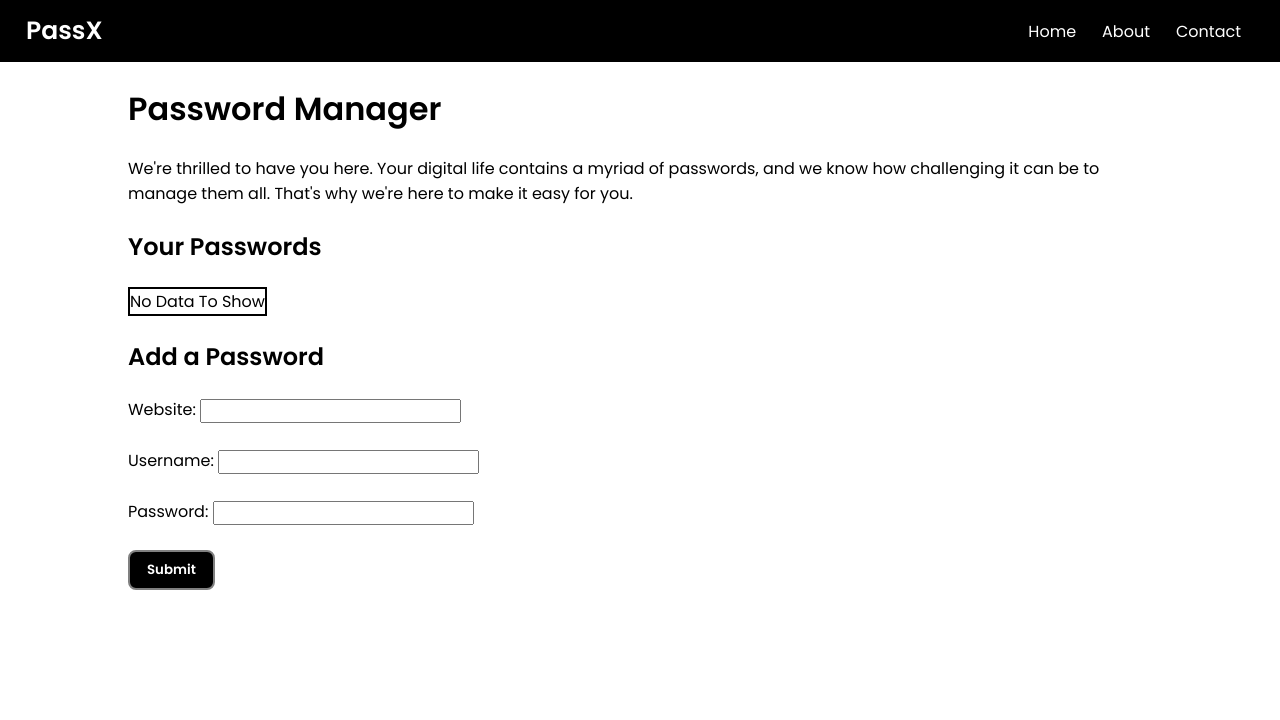
Repository: Abhi2807ar/PASSWORD-MANAGER
Page: index.html
An editor plug-in stored every save of this project. The page is shown before and after the next save, followed by the edit.
The browser window is 1280 px wide. The pictures show the whole page.

Above is the page before, as saved 2024-10-14 18:47:48.

### index.html

<!DOCTYPE html>
<html lang="en">

<head>
    <meta charset="UTF-8">
    <meta name="viewport" content="width=device-width, initial-scale=1.0">
    <title>PassX - Your Personal Password Manager</title>
    <link rel="stylesheet" href="style.css">
</head>

<body>
    <nav>
        <div class="logo">PassX</div>
        <ul>
            <li>Home</li>
            <li>About</li>
            <li>Contact</li>
        </ul>
    </nav>
    <div class="container">
        <h1>Password Manager</h1>
        <p>We're thrilled to have you here. Your digital life contains a myriad of passwords, and we know how
            challenging it can be to manage them all. That's why we're here to make it easy for you.</p>
        <h2>Your Passwords <span id="alert">(Copied!)</span></h2>
        <table>
            <tr>
                <th>Website</th>
                <th>Username</th>
                <th>Password</th>
                <th>Delete</th>
            </tr>

        </table>

        <h2>Add a Password</h2>
        <form action="/submit" method="post">

            <!-- Text input for website -->
            <label for="website">Website:</label>
            <input type="text" id="website" name="website" required>
            <br><br>

            <!-- Text input for username -->
            <label for="username">Username:</label>
            <input type="text" id="username" name="username" required>
            <br><br>

            <!-- Password input -->
            <label for="password">Password:</label>
            <input type="password" id="password" name="password" required>
            <br>
            <!-- Submit button -->
            <button class="btn" type="submit">Submit</button>
        </form>
    </div>
    <script src="script.js"></script>
</body>

</html>

### style.css
@import url('https://fonts.googleapis.com/css2?family=Noto+Sans:ital,wght@0,700;1,300&family=Poppins:wght@300;400;600&display=swap');

* {
    margin: 0;
    padding: 0;
    font-family: 'Noto Sans', sans-serif;
    font-family: 'Poppins', sans-serif;
}

nav {
    background-color: black;
    color: white;
    padding: 12px 3px;
    display: flex;
    justify-content: space-between;
}

.logo{
    margin: 0 23px;
    font-weight: 800;
    font-size: 25px;
    cursor: pointer;
}

ul {
    display: flex;
    margin: 0 23px;
    align-items: center;
}

ul > li {
    list-style: none;
    margin: 0 13px;
    cursor: pointer;
}

ul > li:hover{
    color: white;

}

table, td, tr{
    border: 2px solid black;
    border-collapse: collapse;
    padding: 5px 13px;
}

.container {
    max-width: 80vw;
    margin: 23px auto;
}

h1, h2, h3 {
    margin: 23px 0;
}

.btn{
    padding: 8px 17px;
    background: black;
    color: white;
    font-weight: 900;
    border: 2px solid gray;
    border-radius: 8px;
    margin: 25px 0;
    cursor: pointer;
}

.btnsm{
    padding: 8px 17px;
    background: black;
    color: white;
    font-weight: 900;
    border: 2px solid gray;
    border-radius: 8px;
    cursor: pointer;
}

img{
    cursor: pointer;
    position: relative;
    bottom: 7px;
    width: 15px;
    height: 13px;
}

#alert{
    display: none;
}

### script.js
function maskPassword(pass){
    let str = ""
    for (let index = 0; index < pass.length; index++) {
        str  += "*"
    }
    return str
}

function copyText(txt) {
    navigator.clipboard.writeText(txt).then(
        () => {
          /* clipboard successfully set */
          document.getElementById("alert").style.display = "inline"
          setTimeout(() => {
            document.getElementById("alert").style.display = "none"
          }, 2000);

        },
        () => {
          /* clipboard write failed */
          alert("Clipboard copying failed")
        },
      );
  }

const deletePassword = (website)=>{
    let data = localStorage.getItem("passwords")
    let arr = JSON.parse(data);
    arrUpdated = arr.filter((e)=>{
        return e.website != website
    })
    localStorage.setItem("passwords", JSON.stringify(arrUpdated))
    alert(`Successfully deleted ${website}'s password`)
    showPasswords()

}

// Logic to fill the table
const showPasswords = () => {
    let tb = document.querySelector("table")
    let data = localStorage.getItem("passwords")
    if (data == null || JSON.parse(data).length == 0) {
        tb.innerHTML = "No Data To Show"
    }
    else {
        tb.innerHTML =  `<tr>
        <th>Website</th>
        <th>Username</th>
        <th>Password</th>
        <th>Delete</th>
    </tr> `
        let arr = JSON.parse(data);
        let str = ""
        for (let index = 0; index < arr.length; index++) {
            const element = arr[index];

            str += `<tr>
    <td>${element.website} <img onclick="copyText('${element.website}')" src="./copy.svg" alt="Copy Button" width="10" width="10" height="10">
    </td>
    <td>${element.username} <img onclick="copyText('${element.username}')" src="./copy.svg" alt="Copy Button" width="10" width="10" height="10">
    </td>
    <td>${maskPassword(element.password)} <img onclick="copyText('${element.password}')" src="./copy.svg" alt="Copy Button" width="10" width="10" height="10">
    </td>
    <td><button class="btnsm" onclick="deletePassword('${element.website}')">Delete</button></td>
        </tr>`
        }
        tb.innerHTML = tb.innerHTML + str

    }
    website.value = ""
    username.value = ""
    password.value = ""
}

console.log("Working");
showPasswords()
document.querySelector(".btn").addEventListener("click", (e) => {
    e.preventDefault()
    console.log("Clicked....")
    console.log(username.value, password.value)
    let passwords = localStorage.getItem("passwords")
    console.log(passwords)
    if (passwords == null) {
        let json = []
        json.push({website: website.value, username: username.value, password: password.value })
        alert("Password Saved");
        localStorage.setItem("passwords", JSON.stringify(json))
    }
    else {
        let json = JSON.parse(localStorage.getItem("passwords"))
        json.push({ website: website.value, username: username.value, password: password.value })
        alert("Password Saved");
        localStorage.setItem("passwords", JSON.stringify(json))
    }
    showPasswords()
})

After the next save:
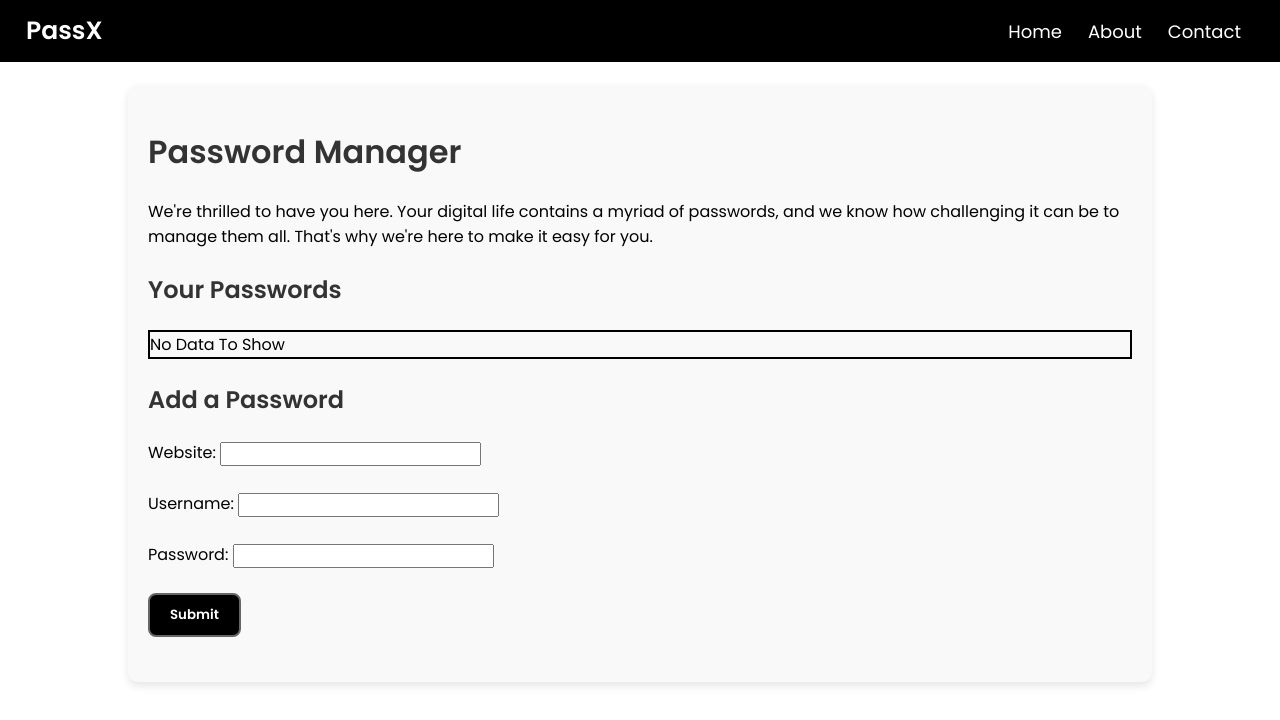
Saved 6 min 11 s later.
--- a/style.css
+++ b/style.css
@@ -5,21 +5,29 @@
     padding: 0;
     font-family: 'Noto Sans', sans-serif;
     font-family: 'Poppins', sans-serif;
+    box-sizing: border-box;
 }
 
 nav {
-    background-color: black;
-    color: white;
+    background-color: #000;
+    color: #fff;
     padding: 12px 3px;
     display: flex;
     justify-content: space-between;
+    align-items: center;
 }
 
-.logo{
+.logo {
     margin: 0 23px;
     font-weight: 800;
     font-size: 25px;
     cursor: pointer;
+    transition: color 0.3s ease, transform 0.3s ease;
+}
+
+.logo:hover {
+    color: #ff5722; /* Vibrant hover color */
+    transform: scale(1.1); /* Zoom effect */
 }
 
 ul {
@@ -32,57 +40,93 @@
     list-style: none;
     margin: 0 13px;
     cursor: pointer;
+    font-size: 18px;
+    transition: color 0.3s ease, transform 0.3s ease;
 }
 
-ul > li:hover{
-    color: white;
-
+ul > li:hover {
+    color: #ff5722; /* Vibrant hover color */
+    transform: scale(1.05); /* Zoom effect */
 }
 
-table, td, tr{
+table, td, tr {
     border: 2px solid black;
     border-collapse: collapse;
     padding: 5px 13px;
 }
 
+table {
+    width: 100%;
+    margin-top: 20px;
+}
+
 .container {
     max-width: 80vw;
     margin: 23px auto;
+    padding: 20px;
+    background-color: #f9f9f9;
+    box-shadow: 0 4px 8px rgba(0,0,0,0.1);
+    border-radius: 10px;
 }
 
 h1, h2, h3 {
     margin: 23px 0;
+    color: #333;
 }
 
-.btn{
-    padding: 8px 17px;
-    background: black;
-    color: white;
+.btn {
+    padding: 10px 20px;
+    background: #000;
+    color: #fff;
     font-weight: 900;
-    border: 2px solid gray;
+    border: 2px solid #666;
     border-radius: 8px;
     margin: 25px 0;
     cursor: pointer;
+    transition: background 0.3s ease, border-color 0.3s ease, transform 0.3s ease;
 }
 
-.btnsm{
+.btn:hover {
+    background: #ff5722; /* Vibrant hover color */
+    border-color: #ff9800;
+    transform: translateY(-2px); /* Lift effect */
+}
+
+.btnsm {
     padding: 8px 17px;
-    background: black;
-    color: white;
+    background: #000;
+    color: #fff;
     font-weight: 900;
-    border: 2px solid gray;
+    border: 2px solid #666;
     border-radius: 8px;
     cursor: pointer;
+    transition: background 0.3s ease, border-color 0.3s ease, transform 0.3s ease;
 }
 
-img{
+.btnsm:hover {
+    background: #ff5722;
+    border-color: #ff9800;
+    transform: translateY(-2px); /* Lift effect */
+}
+
+img {
     cursor: pointer;
     position: relative;
     bottom: 7px;
     width: 15px;
     height: 13px;
+    transition: transform 0.3s ease;
 }
 
-#alert{
+img:hover {
+    transform: rotate(10deg); /* Slight rotate effect on hover */
+}
+
+#alert {
     display: none;
 }
+
+/* Smooth transitions */
+* {
+    transition: all 0.3s ease;
+}

After the save that followed:
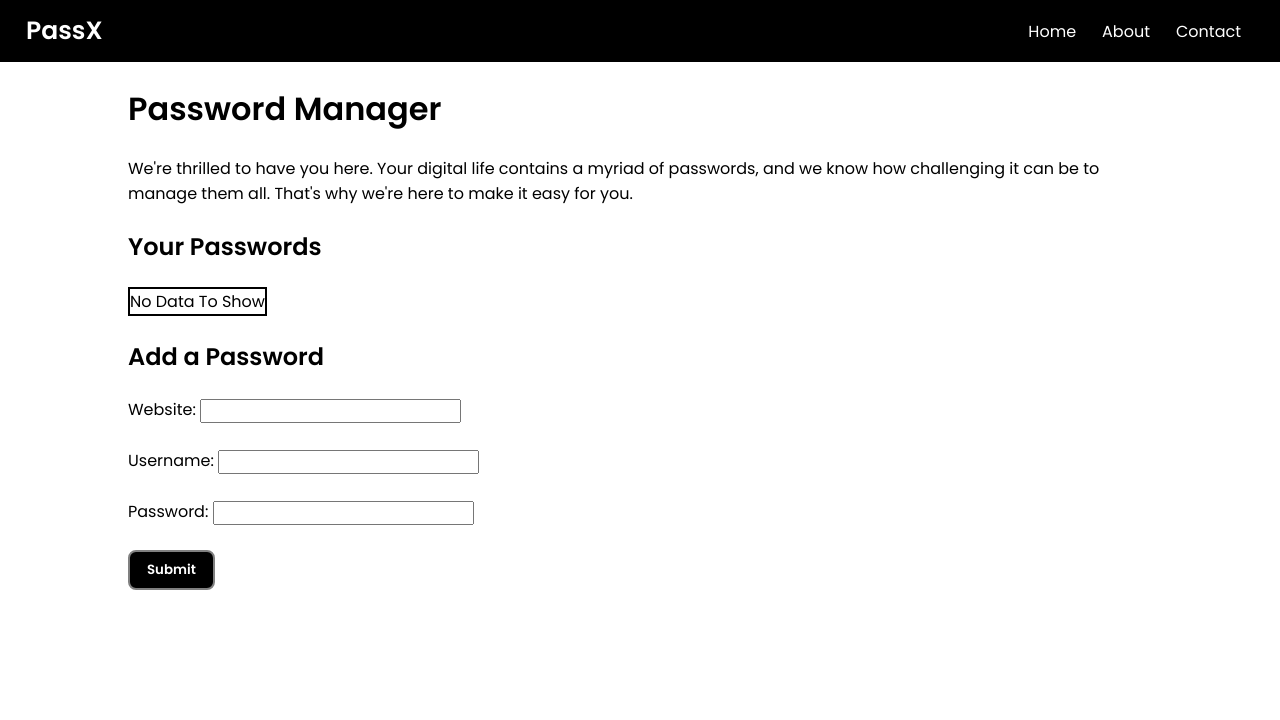
Saved 3 min 3 s later.
--- a/style.css
+++ b/style.css
@@ -5,29 +5,21 @@
     padding: 0;
     font-family: 'Noto Sans', sans-serif;
     font-family: 'Poppins', sans-serif;
-    box-sizing: border-box;
 }
 
 nav {
-    background-color: #000;
-    color: #fff;
+    background-color: black;
+    color: white;
     padding: 12px 3px;
     display: flex;
     justify-content: space-between;
-    align-items: center;
 }
 
-.logo {
+.logo{
     margin: 0 23px;
     font-weight: 800;
     font-size: 25px;
     cursor: pointer;
-    transition: color 0.3s ease, transform 0.3s ease;
-}
-
-.logo:hover {
-    color: #ff5722; /* Vibrant hover color */
-    transform: scale(1.1); /* Zoom effect */
 }
 
 ul {
@@ -40,93 +32,57 @@
     list-style: none;
     margin: 0 13px;
     cursor: pointer;
-    font-size: 18px;
-    transition: color 0.3s ease, transform 0.3s ease;
 }
 
-ul > li:hover {
-    color: #ff5722; /* Vibrant hover color */
-    transform: scale(1.05); /* Zoom effect */
+ul > li:hover{
+    color: white;
+
 }
 
-table, td, tr {
+table, td, tr{
     border: 2px solid black;
     border-collapse: collapse;
     padding: 5px 13px;
 }
 
-table {
-    width: 100%;
-    margin-top: 20px;
-}
-
 .container {
     max-width: 80vw;
     margin: 23px auto;
-    padding: 20px;
-    background-color: #f9f9f9;
-    box-shadow: 0 4px 8px rgba(0,0,0,0.1);
-    border-radius: 10px;
 }
 
 h1, h2, h3 {
     margin: 23px 0;
-    color: #333;
 }
 
-.btn {
-    padding: 10px 20px;
-    background: #000;
-    color: #fff;
+.btn{
+    padding: 8px 17px;
+    background: black;
+    color: white;
     font-weight: 900;
-    border: 2px solid #666;
+    border: 2px solid gray;
     border-radius: 8px;
     margin: 25px 0;
     cursor: pointer;
-    transition: background 0.3s ease, border-color 0.3s ease, transform 0.3s ease;
 }
 
-.btn:hover {
-    background: #ff5722; /* Vibrant hover color */
-    border-color: #ff9800;
-    transform: translateY(-2px); /* Lift effect */
+.btnsm{
+    padding: 8px 17px;
+    background: black;
+    color: white;
+    font-weight: 900;
+    border: 2px solid gray;
+    border-radius: 8px;
+    cursor: pointer;
 }
 
-.btnsm {
-    padding: 8px 17px;
-    background: #000;
-    color: #fff;
-    font-weight: 900;
-    border: 2px solid #666;
-    border-radius: 8px;
-    cursor: pointer;
-    transition: background 0.3s ease, border-color 0.3s ease, transform 0.3s ease;
-}
-
-.btnsm:hover {
-    background: #ff5722;
-    border-color: #ff9800;
-    transform: translateY(-2px); /* Lift effect */
-}
-
-img {
+img{
     cursor: pointer;
     position: relative;
     bottom: 7px;
     width: 15px;
     height: 13px;
-    transition: transform 0.3s ease;
 }
 
-img:hover {
-    transform: rotate(10deg); /* Slight rotate effect on hover */
-}
-
-#alert {
+#alert{
     display: none;
 }
-
-/* Smooth transitions */
-* {
-    transition: all 0.3s ease;
-}
